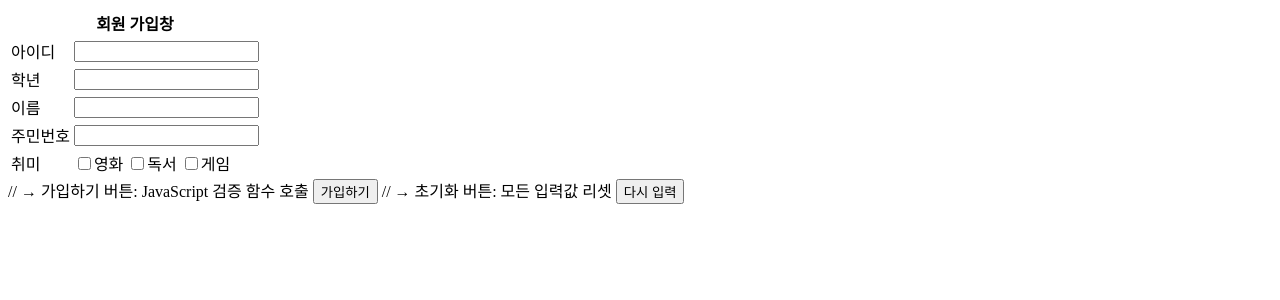
Repository: jrkim-kr/java-web-development
Page: http://localhost/test/WEB-INF/views/student/write.jsp
These files come from the project's save history. The page is drawn as it stood at one moment and after the next save; the edit follows.
The browser window is 1280 px wide. The pictures show the whole page.
The page is served by Tomcat 9. Nobody is signed in. The template is opened directly, without the code that normally fills it, so the values that code supplies are empty.

Above is the page before, as saved 2024-12-03 07:36:36.

After the next save:
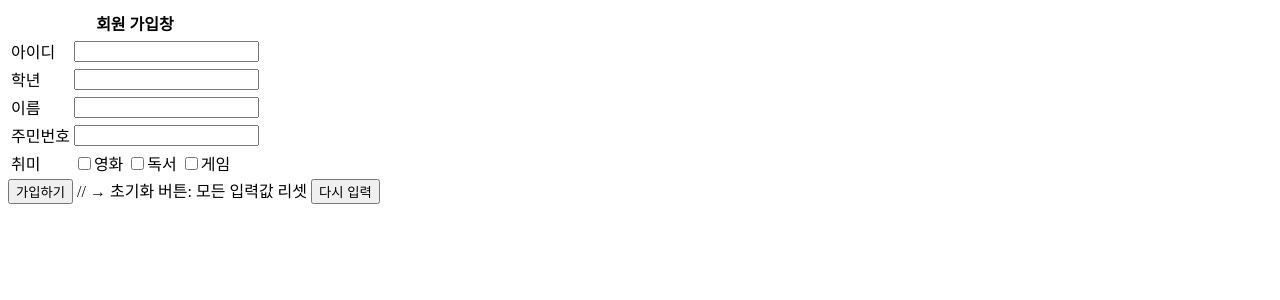
Saved 56 s later.
--- a/workspace_sts/test/src/main/webapp/WEB-INF/views/student/write.jsp
+++ b/workspace_sts/test/src/main/webapp/WEB-INF/views/student/write.jsp
@@ -77,7 +77,7 @@
    </table>
 
    <!-- [4] 제출 버튼 -->
-   // → 가입하기 버튼: JavaScript 검증 함수 호출
+   <!-- → 가입하기 버튼: JavaScript 검증 함수 호출 -->
    <input type="button" value="가입하기" onclick="fn_sendMember()">
    // → 초기화 버튼: 모든 입력값 리셋
    <input type="reset" value="다시 입력">
